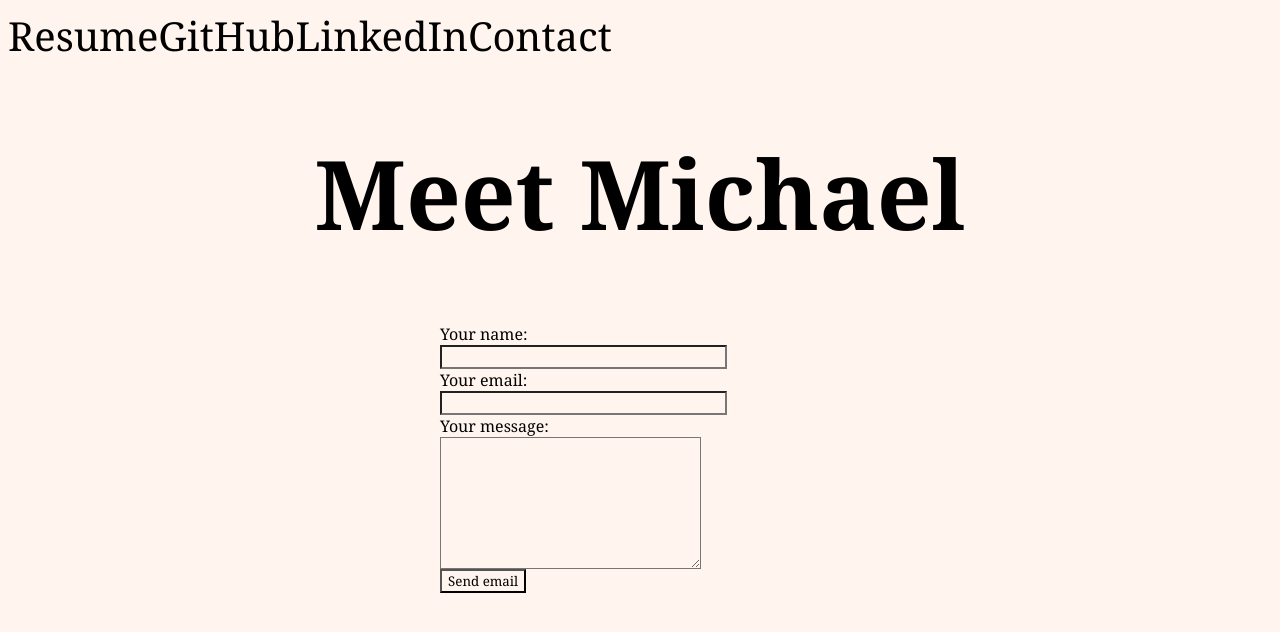
Repository: strandedonthird/strandedonthird.github.io
Page: HTML/contact.html
The author's editor kept a copy of each file at every save. The page is drawn from the files as they stood at one save, then again after the next save.
The browser window is 1280 px wide. The pictures show the whole page.

Above is the page before, as saved 2022-05-09 19:32:09.

### HTML/contact.html
<html lang="en">
<head>
    <meta charset="UTF-8">
    <meta http-equiv="X-UA-Compatible" content="IE=edge">
    <meta name="viewport" content="width=device-width, initial-scale=1.0">
    <title>Welcome to Michael Barrett's Portfolio</title>
    <link rel="stylesheet" type="text/css" href="../CSS/index.css">
</head>
<header class="container">
        <nav class="container-item"><a href="../resume.html">Resume</a></nav>
        <nav class="container-item"><a href="https://www.github.com/strandedonthird/">GitHub</a></nav>
        <nav class="container-item"><a href="https://www.linkedin.com/in/michael-barrett/">LinkedIn</a></nav>
        <nav class="container-item"><a href="../">Contact</a></nav>
</header>
<h1><a href="./index.html">Meet Michael</a></h1>
<!-- Following Link Found at https://www.123formbuilder.com/html-contact-form/ -->
<div id="after_submit"></div>
<form id="contact_form" action="#" method="POST" enctype="multipart/form-data">
  <div class="row">
    <label class="required" for="name">Your name:</label><br />
    <input id="name" class="input" name="name" type="text" value="" size="30" /><br />
    <span id="name_validation" class="error_message"></span>
  </div>
  <div class="row">
    <label class="required" for="email">Your email:</label><br />
    <input id="email" class="input" name="email" type="text" value="" size="30" /><br />
    <span id="email_validation" class="error_message"></span>
  </div>
  <div class="row">
    <label class="required" for="message">Your message:</label><br />
    <textarea id="message" class="input" name="message" rows="7" cols="30"></textarea><br />
    <span id="message_validation" class="error_message"></span>
  </div>

    <input id="submit_button" type="submit" value="Send email" />
</form>
</html>

### CSS/index.css
* {
    background-color:seashell;
    font-family: Cambria, Cochin, Georgia, Times, 'Times New Roman', serif;
    font-style: normal;
}

headernav {
  text-align: center;
}

.container {
  display: flex;
  text-align: center;
  font-size: 2.5em;
  justify-content: s;
}

a {
  color: black;
  text-decoration: none;
  text-align: center;
}

.container-item {
  background: seashell;
  text-align: center;
  display: inline;
  text-decoration: none;
}

h1 {
  font-size: 6em;
  text-align: center;
  font-family: Cambria, Cochin, Georgia, Times, 'Times New Roman', serif;
}

p {
  font-size: 1.25em;
}

.my-photo {
  width: auto;
  height: 300px;
  border-style: ridge;
  border-radius: 50px;
  object-position: center;
  margin: 25px;
  }

img {
  width: 600px;
  height: 800px;
}

.center {
  display: block;
  margin-left: auto;
  margin-right: auto;
}

#contact_form {
  display: block;
  float: right;
  width: 50%;
  margin-right: 200px;
}

h2 {
  margin-left: 15%;
  font-size: 3em;
}

h2+a {
  margin-left: 15%;
  font-weight: bold;
  font-size: 2em;
  text-decoration: underline;
}

After the next save:
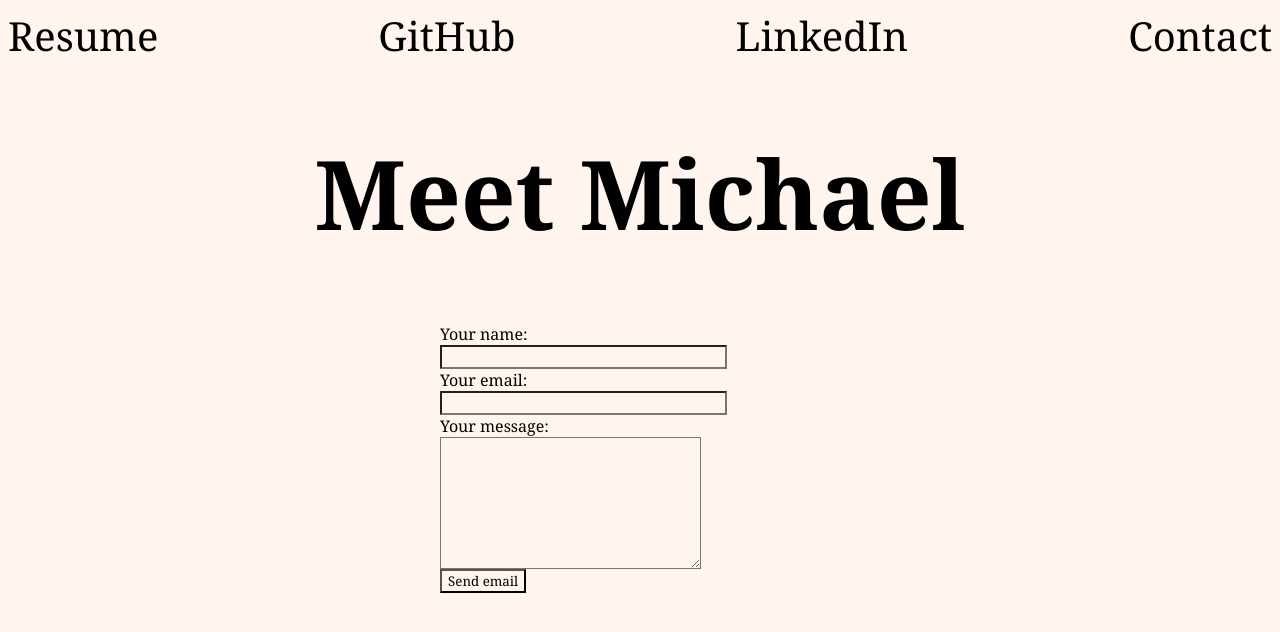
Saved 8 s later.
--- a/CSS/index.css
+++ b/CSS/index.css
@@ -12,7 +12,7 @@ headernav {
   display: flex;
   text-align: center;
   font-size: 2.5em;
-  justify-content: s;
+  justify-content: space-between;
 }
 
 a {
